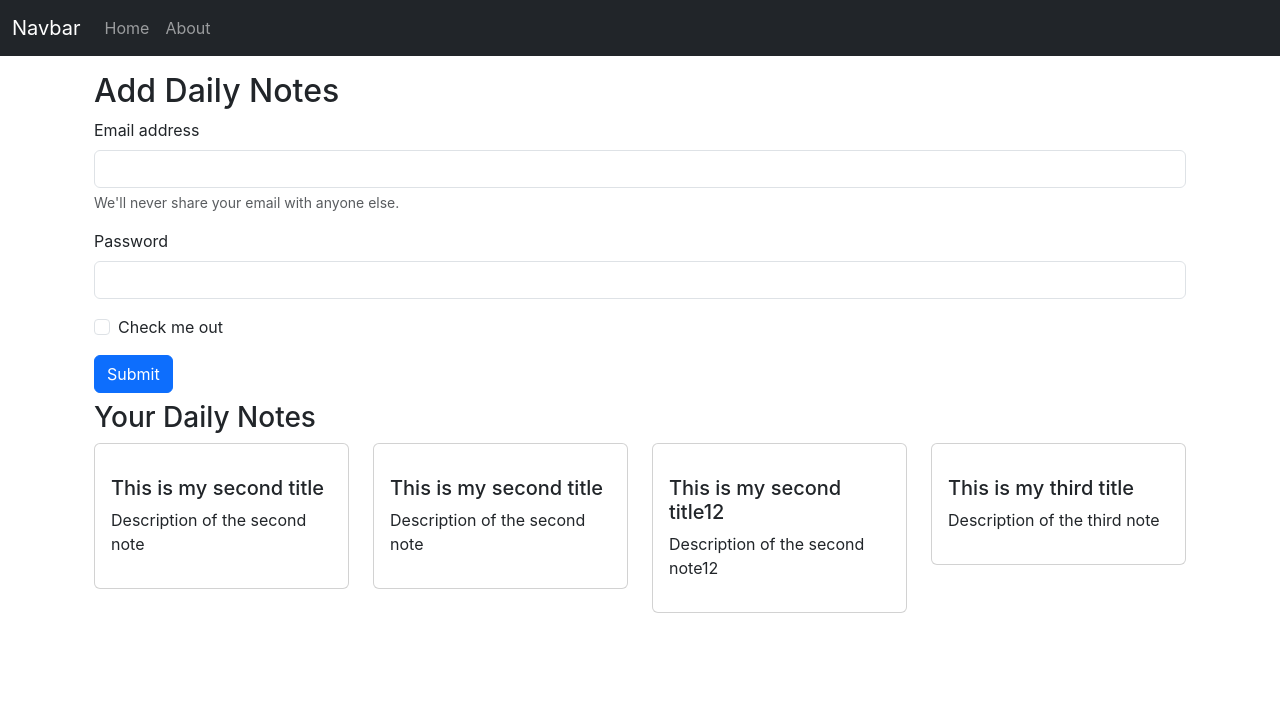
Repository: alphacode77/DailyNotes-react
Page: /
An editor plug-in stored every save of this project. The page is shown before and after the next save, followed by the edit.
The browser window is 1280 px wide. The pictures show the whole page.
The project was rebuilt for these pictures with package versions that can differ from the ones it lists, and the page was loaded fresh each time. Also part of the build but not shown: src/App.css, src/components/About.js.

Above is the page before, as saved 2023-02-25 00:37:35.

After the next save:
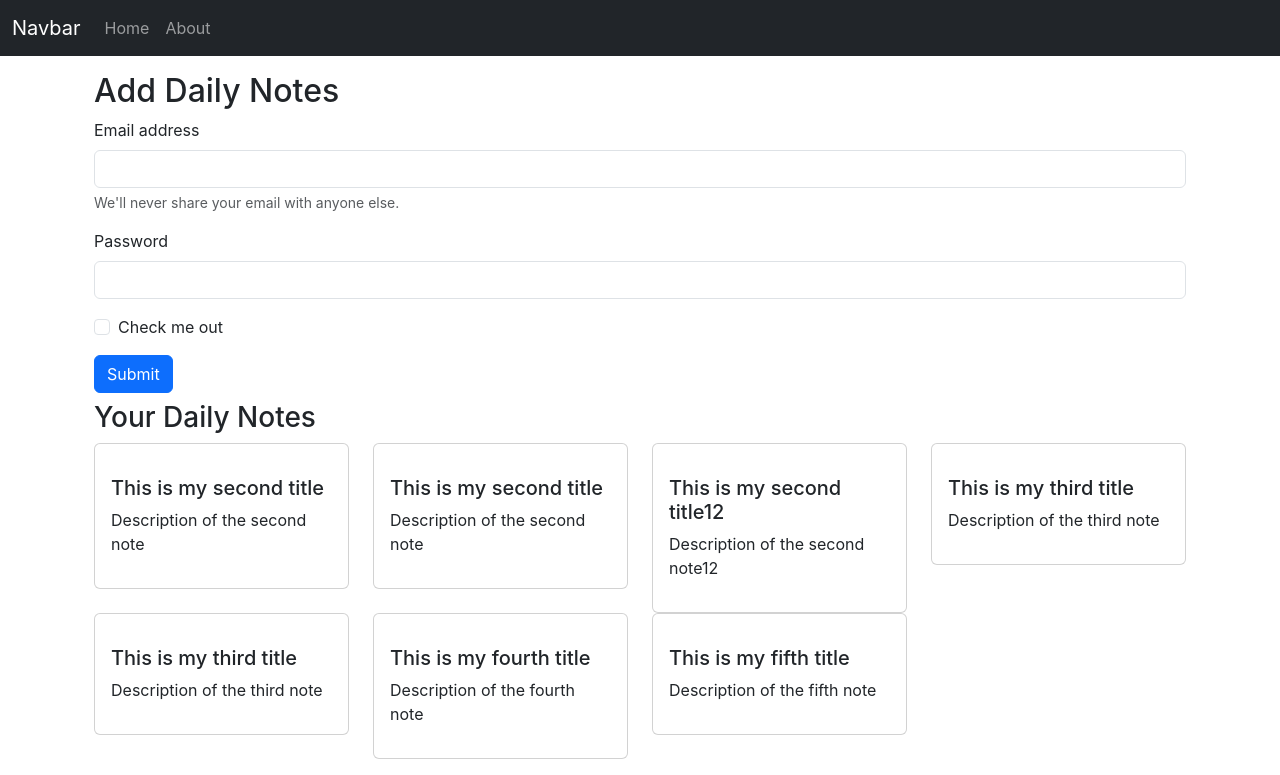
Saved 2 min 29 s later.
--- a/src/Context/Notes/NoteState.js
+++ b/src/Context/Notes/NoteState.js
@@ -39,6 +39,33 @@ const NoteState = (props)=>{
       "tag": "personal",
       "date": "2023-02-21T10:39:20.800Z",
       "__v": 0
+    },
+    {
+      "_id": "63f49f58882156f0ed94969e",
+      "user": "63f20b9a00ad623ad3d4dae2",
+      "title": "This is my third title",
+      "description": "Description of the third note",
+      "tag": "personal",
+      "date": "2023-02-21T10:39:20.800Z",
+      "__v": 0
+    },
+    {
+      "_id": "63f9002ae5c6479c6e95d43e",
+      "user": "63f20b9a00ad623ad3d4dae2",
+      "title": "This is my fourth title",
+      "description": "Description of the fourth note",
+      "tag": "personal",
+      "date": "2023-02-24T18:21:30.036Z",
+      "__v": 0
+    },
+    {
+      "_id": "63f90b33480d3d651f2ba231",
+      "user": "63f20b9a00ad623ad3d4dae2",
+      "title": "This is my fifth title",
+      "description": "Description of the fifth note",
+      "tag": "personal",
+      "date": "2023-02-24T19:08:35.605Z",
+      "__v": 0
     }
   ]
   const [notes,setNotes]=useState(initalNotes)
